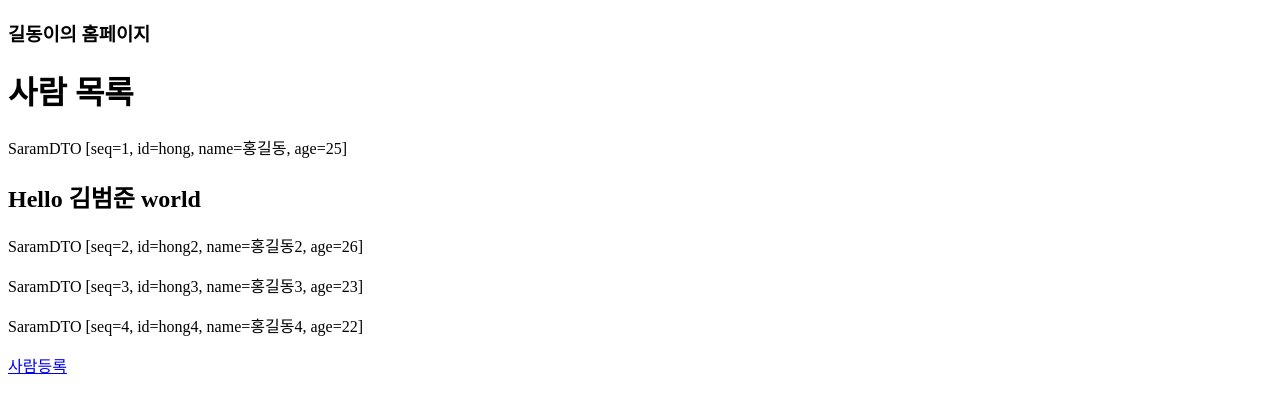
Repository: Parkdolodong/Backend
Page: http://localhost/jsp_servlet_ex04/saram/list.do
An editor plug-in stored every save of this project. The page is shown before and after the next save, followed by the edit.
The browser window is 1280 px wide. The pictures show the whole page.
The page is served by Tomcat 9.

Above is the page before, as saved 2023-03-02 01:16:09.

After the next save:
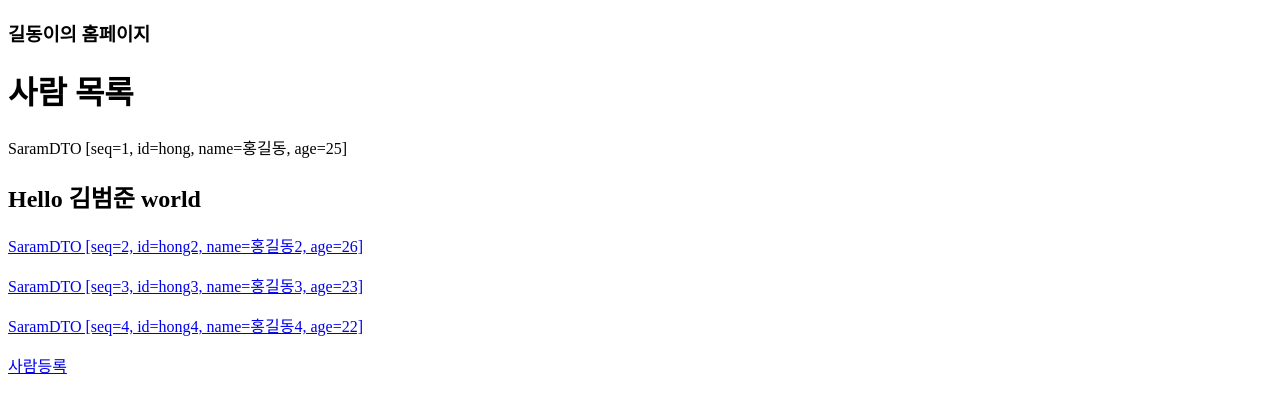
Saved 11 min 24 s later.
--- a/jsp_servlet/jsp_servlet_ex04/webapp/WEB-INF/views/saram/list.jsp
+++ b/jsp_servlet/jsp_servlet_ex04/webapp/WEB-INF/views/saram/list.jsp
@@ -35,7 +35,9 @@ out.println("<h2>" + hello() + "</h2>");
 // request에 list속성 명으로 저장된 목록을 가져온다.
 ArrayList<SaramDTO> list = (ArrayList<SaramDTO>)request.getAttribute("list");
 for(SaramDTO saram : list) {
-	out.println("<p>"+ saram +"</p>");
+%>
+	<p><a href="modify.do?seq=<%=saram.getSeq()%>"><%=saram %></a></p>
+<%
 }
 %>
 <p><a href="input.do">사람등록</a></p>
